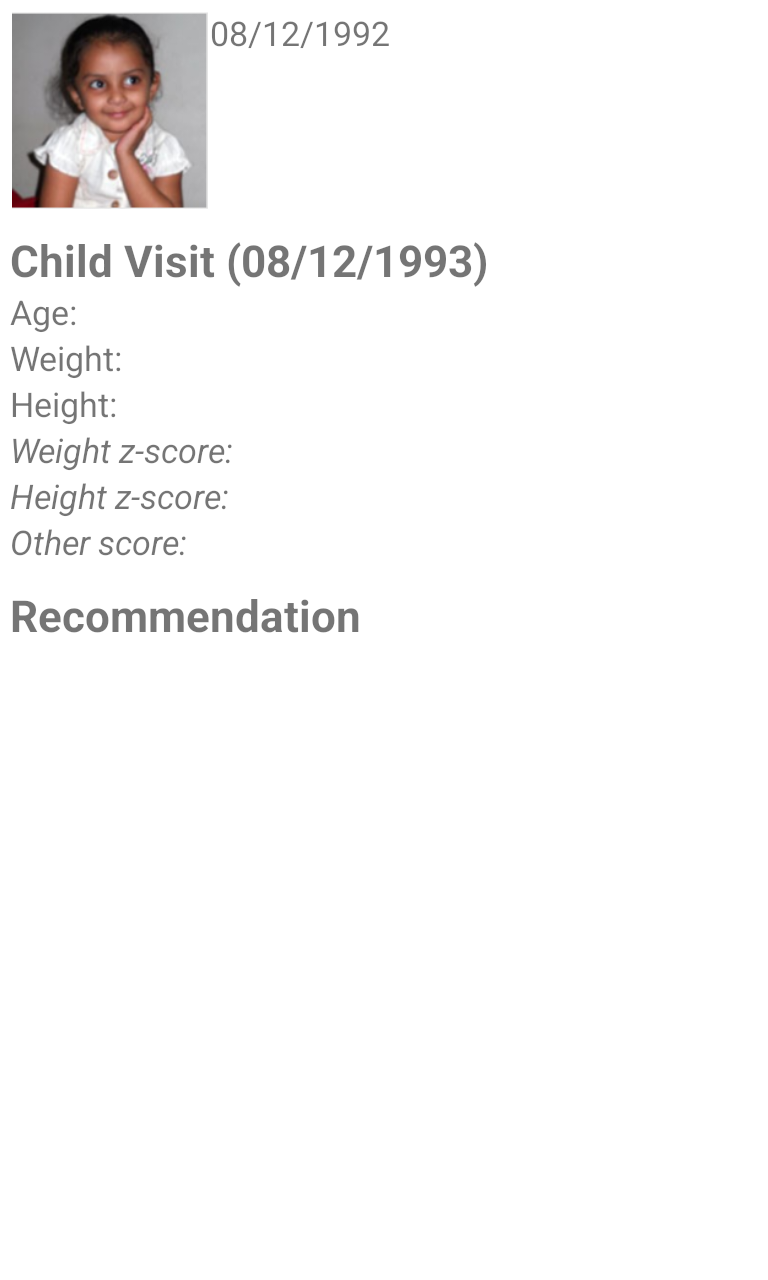
Repository: achavez812/GuatemalaProject2
Layout: GuateMedic-master/GuateMedic/res/layout/fragment_graph_left.xml
These files come from the project's save history. The layout is drawn as it stood at one moment and after the next save; the edit follows.
It is drawn on a 768 x 1280 px phone screen (xhdpi) without system bars, with theme AppTheme; the app's code is not run.

Above is the layout before, as saved 2014-07-05 10:53:00.

### GuateMedic-master/GuateMedic/res/layout/fragment_graph_left.xml
<?xml version="1.0" encoding="utf-8"?>
<LinearLayout xmlns:android="http://schemas.android.com/apk/res/android"
    android:layout_width="match_parent"
    android:layout_height="match_parent"
    android:paddingTop="5dp"
    android:paddingLeft="5dp"
    android:background="@color/white"
    android:orientation="vertical" >

    <LinearLayout
        android:layout_width="match_parent"
        android:layout_height="wrap_content"
        android:orientation="horizontal">

	    <ImageView
	        android:id="@+id/logo"
	        android:layout_width="100dp"
	        android:layout_height="100dp"
	        android:src="@drawable/patient"/>

	    <TextView
	        android:id="@+id/graph__child_dob"
	        android:layout_width="wrap_content"
	        android:layout_height="wrap_content"
	        android:textSize="17sp"
	        android:text="08/12/1992"/>
    </LinearLayout>

    <TextView
        android:id="@+id/graph_last_child_visit_header"
        android:layout_width="wrap_content"
        android:layout_height="wrap_content"
        android:layout_marginTop="10dp"
        android:textStyle="bold"
        android:textSize="22sp"
        android:text="Child Visit (08/12/1993)"
        />
    <!--
    <TextView
        android:id="@+id/graph_last_child_visit_date"
        android:layout_width="wrap_content"
        android:layout_height="wrap_content"
        android:textSize="17sp"
        android:text="Date: 08/12/1993"
        />
    -->
    <TextView
        android:id="@+id/graph_last_child_visit_age"
        android:layout_width="wrap_content"
        android:layout_height="wrap_content"
        android:textSize="17sp"
        android:text="Age: "
        />

    <TextView
        android:id="@+id/graph_last_child_visit_weight"
        android:layout_width="wrap_content"
        android:layout_height="wrap_content"
        android:textSize="17sp"
        android:text="Weight: "
        />

    <TextView
        android:id="@+id/graph_last_child_visit_height"
        android:layout_width="wrap_content"
        android:layout_height="wrap_content"
        android:textSize="17sp"
        android:text="Height: "
        />


    <TextView
        android:id="@+id/graph_last_child_visit_weight_z_score"
        android:layout_width="wrap_content"
        android:layout_height="wrap_content"
        android:textSize="17sp"
        android:textStyle="italic"
        android:text="Weight z-score: "
        />

    <TextView
        android:id="@+id/graph_last_child_visit_height_z_score"
        android:layout_width="wrap_content"
        android:layout_height="wrap_content"
        android:textSize="17sp"
        android:textStyle="italic"
        android:text="Height z-score: "
        />

    <TextView
        android:id="@+id/graph_last_child_visit_other_score"
        android:layout_width="wrap_content"
        android:layout_height="wrap_content"
        android:textSize="17sp"
        android:textStyle="italic"
        android:text="Other score: "
        />

    <TextView
        android:id="@+id/graph_child_recommendation_header"
        android:layout_width="wrap_content"
        android:layout_height="wrap_content"
        android:textSize="22sp"
        android:layout_marginTop="10dp"
        android:textStyle="bold"
        android:text="Recommendation"
        />

	 <TextView
        android:id="@+id/graph_child_reccomendation_info"
        android:layout_width="wrap_content"
        android:layout_height="wrap_content"
        android:textSize="17sp"
        android:text=""
        />


</LinearLayout>

### GuateMedic-master/GuateMedic/res/values/styles.xml
<resources xmlns:android="http://schemas.android.com/apk/res/android">

    <!--
        Base application theme, dependent on API level. This theme is replaced
        by AppBaseTheme from res/values-vXX/styles.xml on newer devices.
    -->

    <!-- Application theme. -->
    <style name="AppTheme" parent="@style/Theme.AppCompat.Light.DarkActionBar">
        <!-- All customizations that are NOT specific to a particular API-level can go here. -->
    	<item name="android:typeface">sans</item>
        <item name="actionBarStyle">@style/MyActionBar</item>
    	<item name="android:actionBarStyle">@style/MyActionBar</item>
    	<item name="android:actionOverflowButtonStyle">@style/OverFlow</item>
    	<item name="android:popupMenuStyle">@style/MyPopupMenu</item>
    	<item name="popupMenuStyle">@style/MyPopupMenu</item>
        <item name="android:panelBackground">#004d6b</item>
         <item name="android:itemTextAppearance">@style/myCustomMenuTextApearance</item>

    </style>
       <style name="myCustomMenuTextApearance" parent="@android:style/TextAppearance.Widget.IconMenu.Item">
        <item name="android:textColor">#FFFFFF</item>
        <item name="android:textSize">20sp</item>

    </style>
    <style name="MyActionBar" parent="@style/Widget.AppCompat.Light.ActionBar.Solid.Inverse">
        <item name="android:background">#004d6b</item>
        <item name="android:titleTextStyle">@style/TitleText</item>



    </style>

    <style name ="MyPopupMenu" parent="android:Theme.Holo.Light">
        <item name="android:popupBackground">#004d6b</item>
    </style>

    <style name="OverFlow" parent="@android:style/Widget.Holo.ActionButton.Overflow">
    	<item name="android:src">@drawable/ic_action_overflow</item>
	</style>
    <style name="TitleText">
        <item name="android:textColor">#FFFFFF</item>
        <item name="android:typeface">sans</item>
        <item name="android:textSize">30sp</item>

    </style>
	<!--
	<style name="HomePage" parent="AppTheme">
	<item name="android:background"> @drawable/guatemala_home_bg </item>
	</style>
	    -->





</resources>

### GuateMedic-master/GuateMedic/res/values/colors.xml
<?xml version="1.0" encoding="utf-8"?>
<resources>
    <color name="black">#000000</color>
    <color name="white">#FFFFFF</color>
    <color name="gray_light">#D8D8D8 </color>
    <color name="gray_medium">#B8B8B8</color>
    <color name="gray_dark">#808080</color>
</resources>

After the next save:
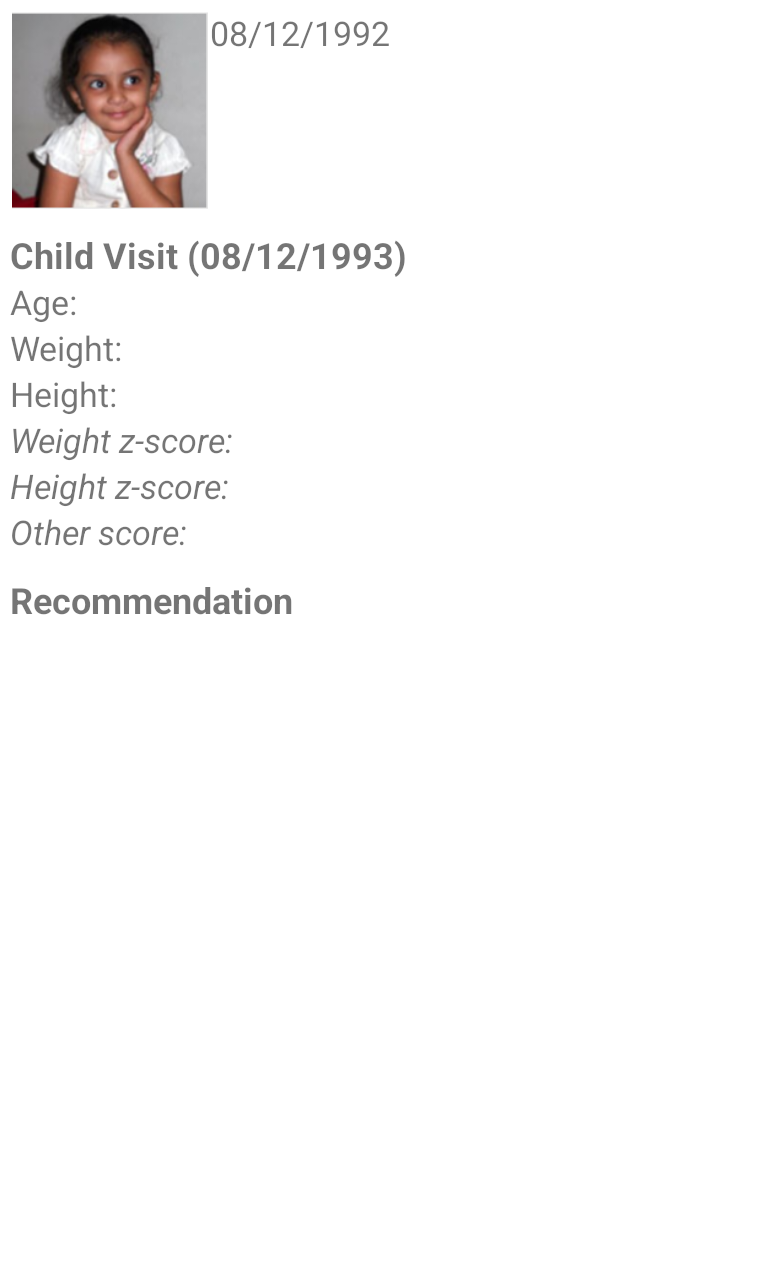
Saved 86 s later.
--- a/GuateMedic-master/GuateMedic/res/layout/fragment_graph_left.xml
+++ b/GuateMedic-master/GuateMedic/res/layout/fragment_graph_left.xml
@@ -32,7 +32,7 @@
         android:layout_height="wrap_content"
         android:layout_marginTop="10dp"
         android:textStyle="bold"
-        android:textSize="22sp"
+        android:textSize="18sp"
         android:text="Child Visit (08/12/1993)"
         />
     <!--
@@ -100,7 +100,7 @@
         android:id="@+id/graph_child_recommendation_header"
         android:layout_width="wrap_content"
         android:layout_height="wrap_content"
-        android:textSize="22sp"
+        android:textSize="18sp"
         android:layout_marginTop="10dp"
         android:textStyle="bold"
         android:text="Recommendation"
